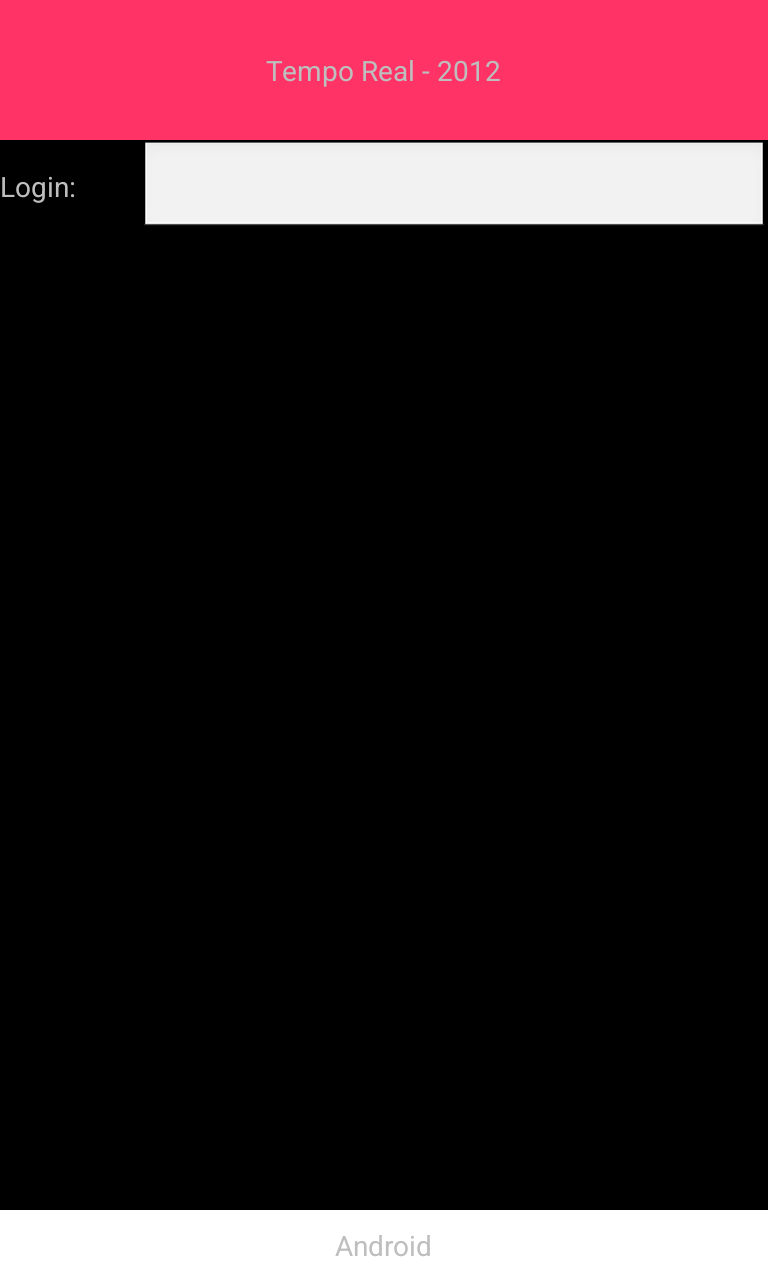
Repository: SuelenGC/Trainings
Layout: TempoRealEventos/HelloAndroid/res/layout/documento_item.xml
These files come from the project's save history. The layout is drawn as it stood at one moment and after the next save; the edit follows.
It is drawn on a 768 x 1280 px phone screen (xhdpi) without system bars, with theme android:Theme; the app's code is not run.

Above is the layout before, as saved 2012-06-02 17:51:57.

After the next save:
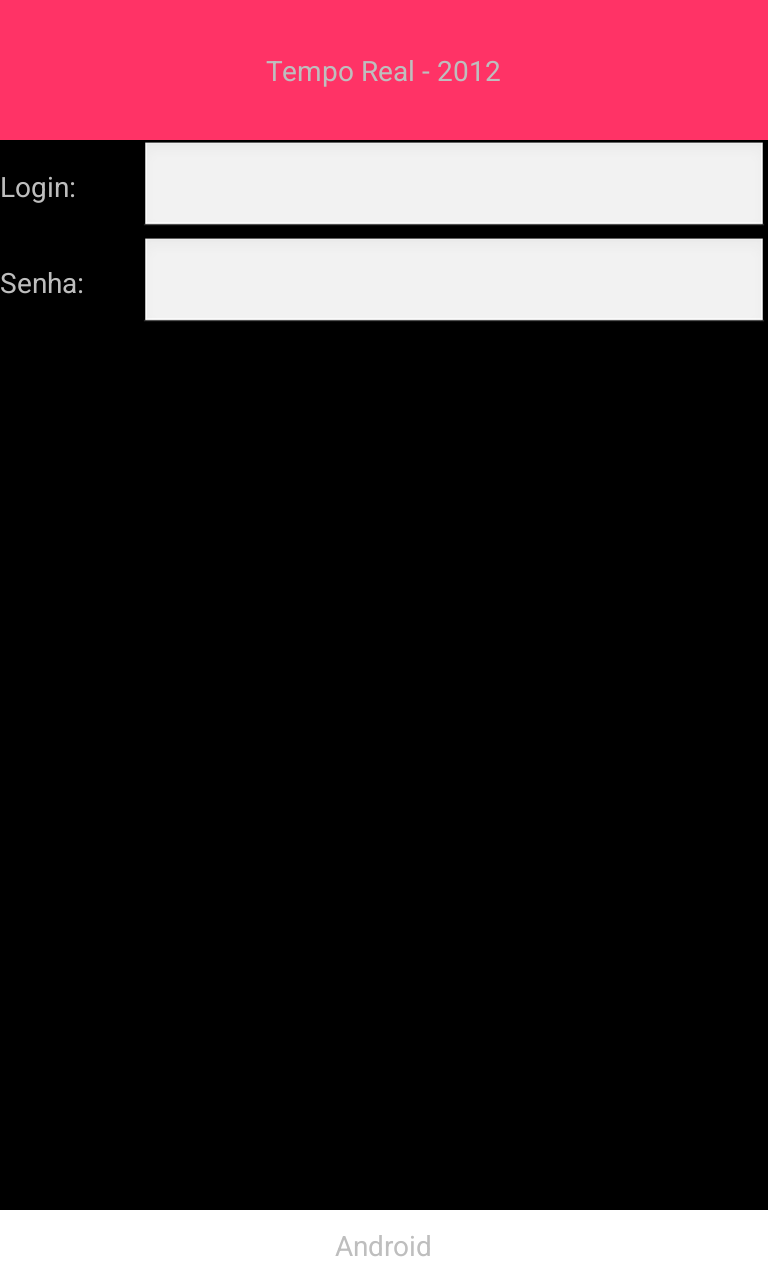
Saved 33 s later.
--- a/TempoRealEventos/HelloAndroid/res/layout/documento_item.xml
+++ b/TempoRealEventos/HelloAndroid/res/layout/documento_item.xml
@@ -34,11 +34,21 @@
 	        >
 
 	        <TableRow>
-
 	        	<TextView
 	        	    android:layout_width="70dp"
 	        	    android:layout_height="wrap_content"
 	        	    android:text="Login:"
+	        	    />
+	        	<EditText
+	        	    android:layout_width="fill_parent"
+	        	    android:layout_height="wrap_content"
+	        	    />
+	        </TableRow>
+	        <TableRow>
+	        	<TextView
+	        	    android:layout_width="70dp"
+	        	    android:layout_height="wrap_content"
+	        	    android:text="Senha:"
 	        	    />
 	        	<EditText
 	        	    android:layout_width="fill_parent"
